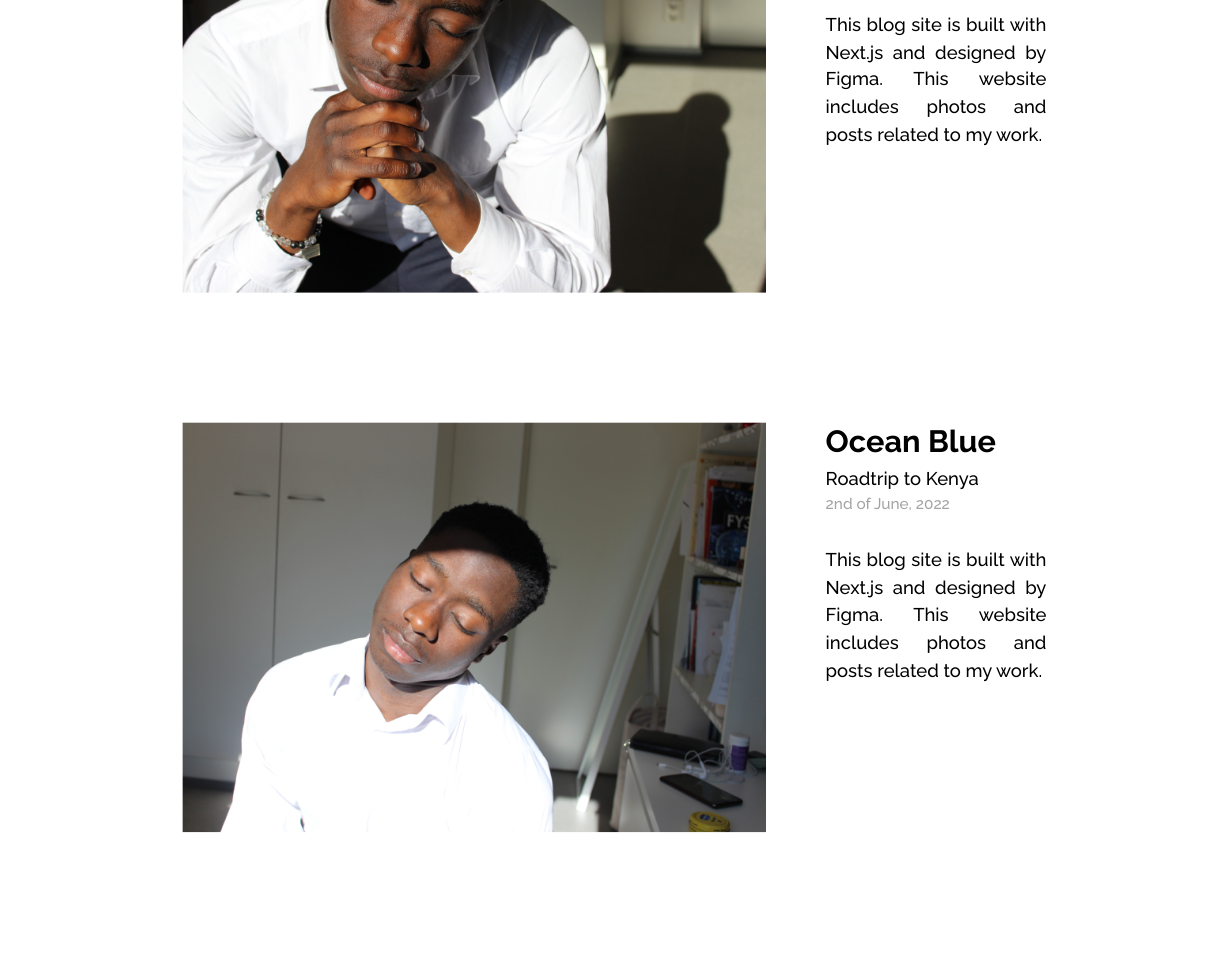
Repository: Graquick/Blog
Page: /photos
An editor plug-in stored every save of this project. The page is shown before and after the next save, followed by the edit.
The browser window is 1280 px wide. The pictures show the whole page, at 96% of full size.
The project was rebuilt for these pictures with package versions that can differ from the ones it lists, and the page was loaded fresh each time. The framework's server and built-in components were replaced by stand-ins that run in the browser. Also part of the build but not shown: next.config.js, components/Footer.js.

Above is the page before, as saved 2022-07-07 14:30:38.

After the next save:
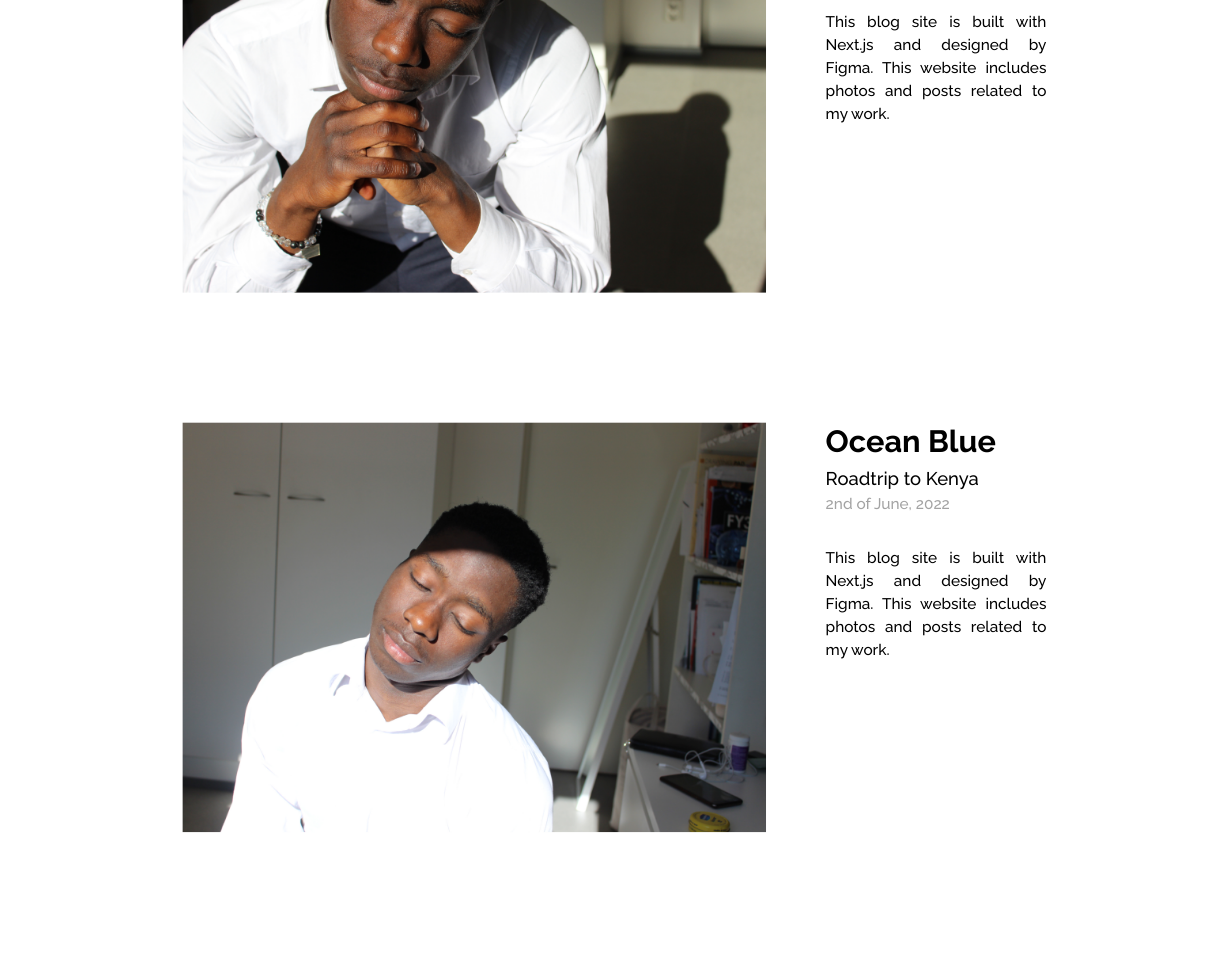
Saved 7 s later.
--- a/pages/photos.js
+++ b/pages/photos.js
@@ -57,7 +57,7 @@ export default function Photos() {
                       <p className="font-medium text-[1.2rem] cursor-default">{desc.info}</p>
                       <span className="font-medium cursor-default text-neutral-400">{desc.date}</span>
                     </div>
-                    <p className="font-medium text-[1.2rem] cursor-default text-justify">{desc.text}</p>
+                    <p className="font-medium text-[1rem] cursor-default text-justify">{desc.text}</p>
                   </div>
                 ))}
               </div>
